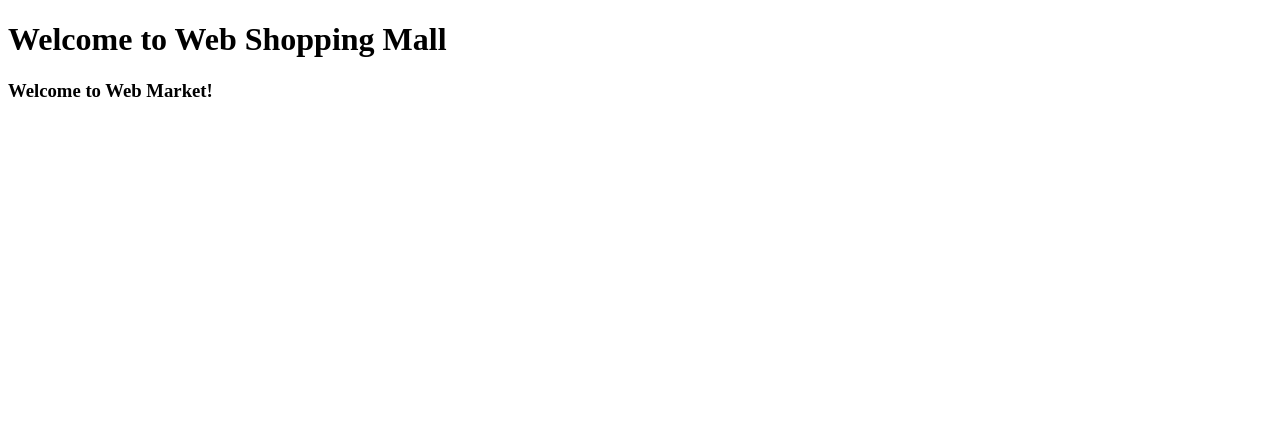
Repository: pojh5090/JspProgramming
Page: http://localhost/WebMarket/Welcome.jsp
These files come from the project's save history. The page is drawn as it stood at one moment and after the next save; the edit follows.
The browser window is 1280 px wide. The pictures show the whole page.
The page is served by Tomcat 9.

Above is the page before, as saved 2020-03-08 05:55:33.

After the next save:
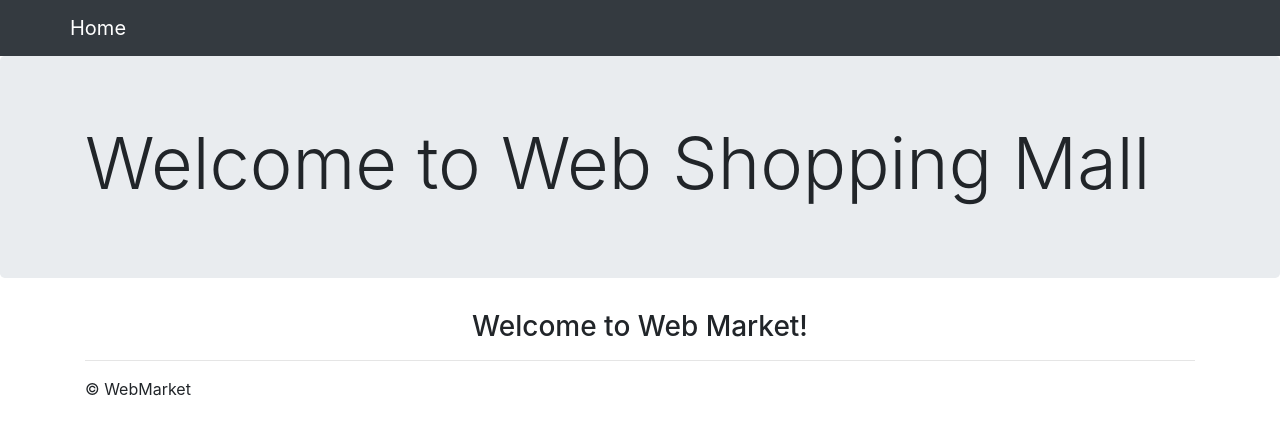
Saved 6 min 44 s later.
--- a/WebMarket/WebContent/Welcome.jsp
+++ b/WebMarket/WebContent/Welcome.jsp
@@ -4,13 +4,38 @@
 <html>
 <head>
 <meta http-equiv="Content-Type" content="text/html; charset=EUC-KR">
+<link rel ="stylesheet"
+	href = "https://maxcdn.bootstrapcdn.com/bootstrap/4.0.0/css/bootstrap.min.css">
 <title>Welcome</title>
 </head>
 <body>
+	<nav class ="navbar navbar-expand navbar-dark bg-dark">
+		<div class = "container">
+			<div class="navbar-header">
+				<a class = "navbar-brand" href="./welcome.jsp">Home</a>
+			</div>
+		</div>
+	</nav>
 	<%! String greeting = "Welcome to Web Shopping Mall";
 		String tagline = "Welcome to Web Market!";
 	%>
-	<h1> <%= greeting %></h1>
-	<h3> <%= tagline %></h3>
+	<div class="jumbotron">
+		<div class="container">
+			<h1 class ="display-3">
+				<%= greeting %>
+			</h1>
+		</div>
+	</div>
+	<div class ="container">
+		<div class="text-center">
+			<h3>
+				<%= tagline %>
+			</h3>
+		</div>
+		<hr>
+	</div>
+	<footer class="container">
+		<p>&copy; WebMarket</p>
+	</footer>
 </body>
 </html>
